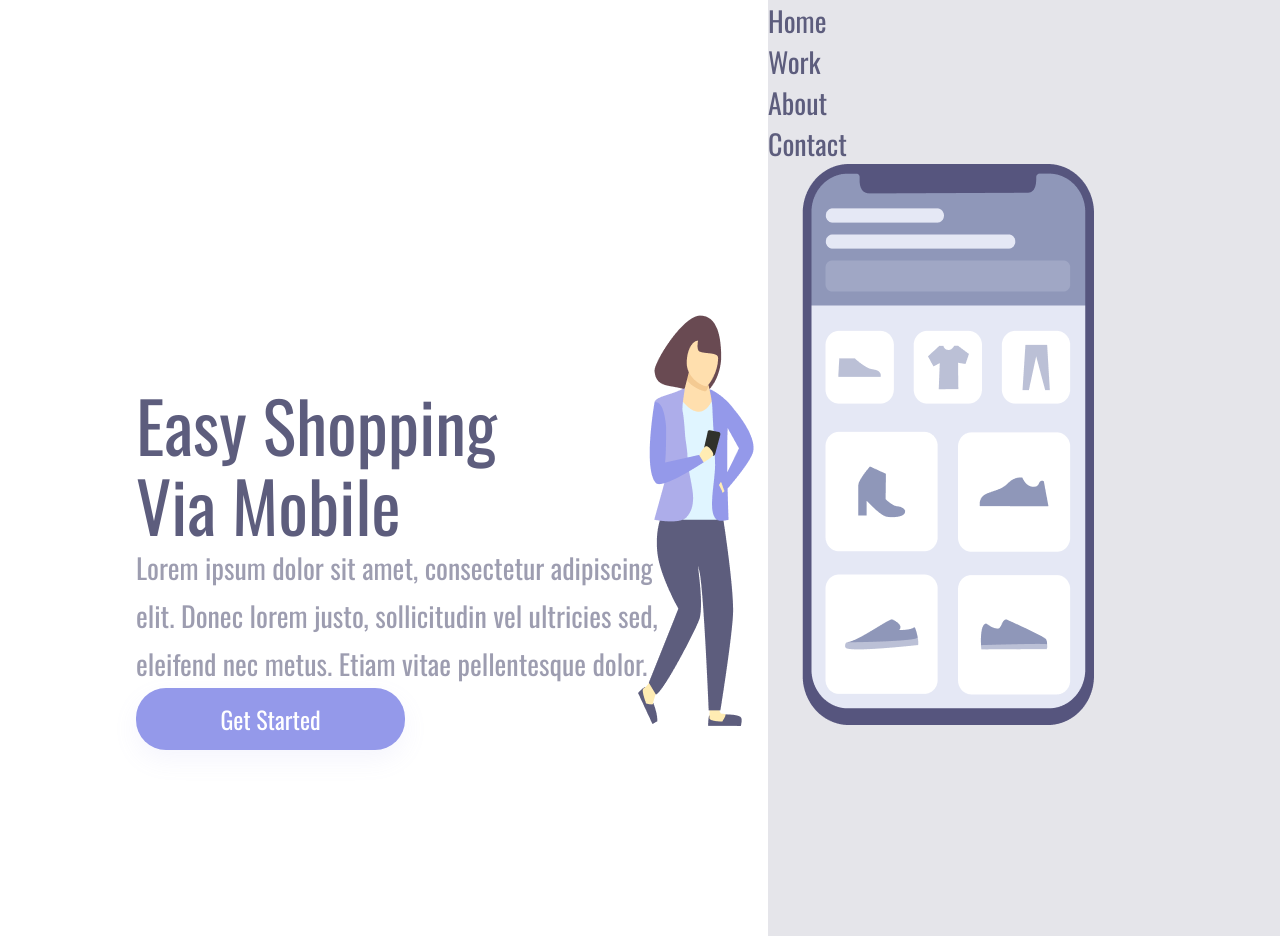
Repository: Leo-Marques-882/Projeto-Git-2
Page: index.html
An editor plug-in stored every save of this project. The page is shown before and after the next save, followed by the edit.
The browser window is 1280 px wide. The pictures show the whole page.

Above is the page before, as saved 2023-03-07 00:08:42.

### index.html
<!DOCTYPE html>
<html lang="pt_br">

<head>
    <meta charset="UTF-8">
    <meta http-equiv="X-UA-Compatible" content="IE=edge">
    <meta name="viewport" content="width=device-width, initial-scale=1.0">
    <link rel="stylesheet" href="styless.css">
    <link rel="preconnect" href="https://fonts.googleapis.com">
    <link rel="preconnect" href="https://fonts.gstatic.com" crossorigin>
    <link href="https://fonts.googleapis.com/css2?family=Oswald&display=swap" rel="stylesheet">

    <title>Projeto 1</title>
</head>

<body>
    <div class="wrapper">
        <section class="container-left">
            <h1>Easy Shopping Via Mobile</h1>
            <p>Lorem ipsum dolor sit amet, consectetur adipiscing
                elit. Donec lorem justo, sollicitudin vel ultricies sed,
                eleifend nec metus. Etiam vitae pellentesque dolor. </p>
            <button>Get Started</button>
        </section>
        <section class="container-right">
            <header>
                <a>Home</a>
                <a>Work</a>
                <a>About</a>
                <a>Contact</a>
            </header>
            <img src="./img/Illustration.png" alt="girl-cellphone">
        </section>
    </div>
</body>

</html>

### styless.css
* {
    margin: 0;
    padding: 0;
    box-sizing: border-box;
    font-family: 'Oswald', sans-serif;
}

.wapper {
    height: 100vh;
    ;
    width: 100vw;
}

.container-left {
    display: inline-block;
    width: 60%;
    margin-top: 30%;
    padding-left: 136px;
}

h1 {
    font-weight: 400;
    font-size: 70px;
    line-height: 80px;
    color: #5D5D7D;
    width: 368px;
}

p {
    font-weight: 400;
    font-size: 28px;
    line-height: 48px;
    color: #5D5D7D;
    opacity: 0.6;
    margin: 15px -117;
    width: 540px;
}

button {
    width: 269px;
    height: 62px;
    background: #9499EA;
    box-shadow: 0px 10px 24px rgba(148, 153, 234, 0.0979959);
    font-weight: 400;
    font-size: 24px;
    line-height: 36px;
    text-align: center;
    color: #FFFFFF;
    border-radius: 30px;
    border: none;
    cursor: pointer;
}

button:hover {
    opacity: .8;
}

button:active {
    opacity: .5;
}

.container-right {
    display: inline-block;
    background-color: rgba(93, 93, 125, 0.16);
    height: 130vh;
    width: 40%;
    position: absolute;
}

header {
    width: 59px;
    font-weight: 400px;
    font-size: 28px;
    line-height: 41px;
    color: #5D5D7D;
}

img {
    position: relative;
    top: 0%;
    right: 130px;
}

After the next save:
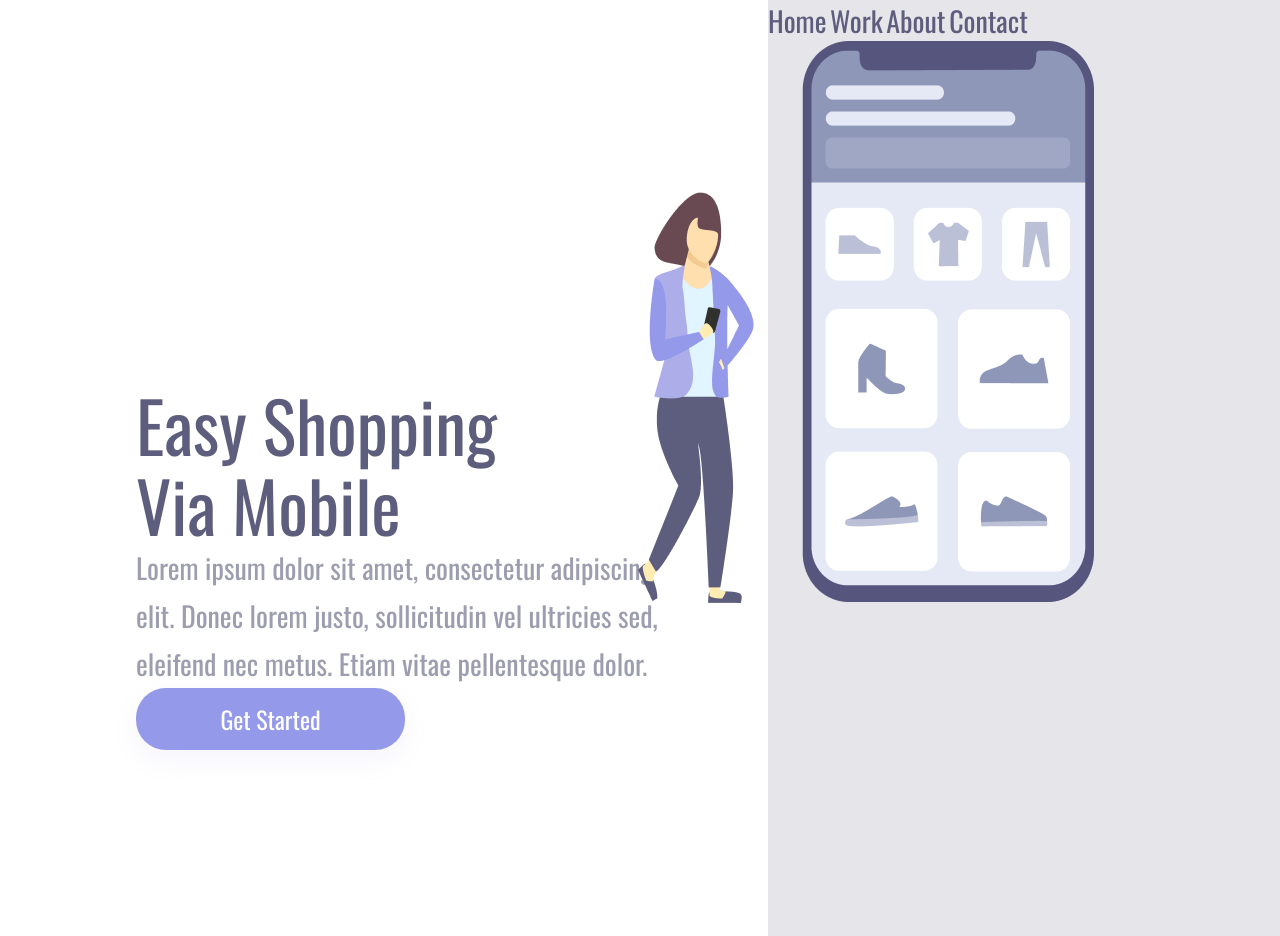
Saved 57 s later.
--- a/styless.css
+++ b/styless.css
@@ -67,7 +67,7 @@
     position: absolute;
 }
 
-header {
+a {
     width: 59px;
     font-weight: 400px;
     font-size: 28px;
